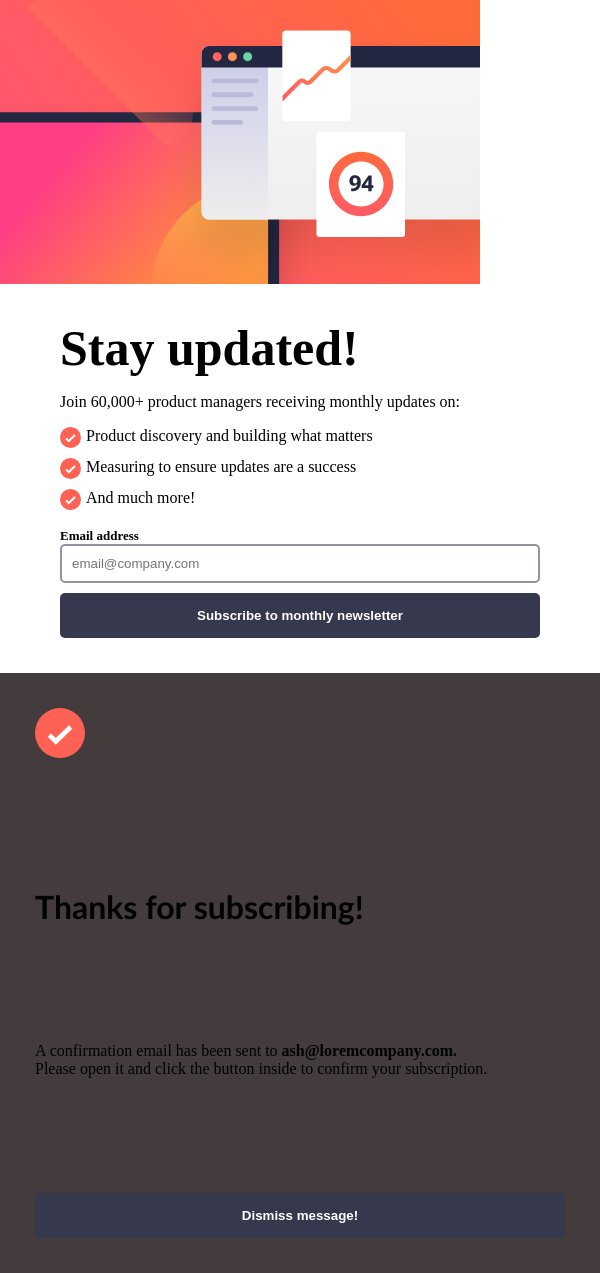
Repository: Celebration-cloud/Newsletter
Page: index.html
An editor plug-in stored every save of this project. The page is shown before and after a run of saves, followed by the edit.
The browser window is 600 px wide. The pictures show the whole page.

Above is the page before, as saved 2023-07-19 23:52:37.

### index.html
<!DOCTYPE html>
<html lang="en">
<head>
  <meta charset="UTF-8">
  <meta name="viewport" content="width=device-width, initial-scale=1.0"> <!-- displays site properly based on user's device -->

  <link rel="icon" type="image/png" sizes="32x32" href="./assets/images/favicon-32x32.png">
  <link rel="stylesheet" href="index.css">

  <title>Frontend Mentor | Newsletter sign-up form with success message</title>

  <!-- Feel free to remove these styles or customise in your own stylesheet 👍 -->
  <style>
    .attribution { font-size: 11px; text-align: center; }
    .attribution a { color: hsl(228, 45%, 44%); }
  </style>
</head>
<body>

  <!-- Sign-up form start -->
  <div id="container">
    <div id="home-page">
      <h2 id="news">Stay updated!</h2>
      <p id="content">Join 60,000+ product managers receiving monthly updates on:</p>
      <ul id="features">
        <li>
          <img id="list-icon" src="./assets/images/icon-list.svg" alt="" srcset="">
          <p>Product discovery and building what matters</p>
        </li>
        <li>
          <img id="list-icon" src="./assets/images/icon-list.svg" alt="" srcset="">
          <p>Measuring to ensure updates are a success</p>
        </li>
        <li>
          <img id="list-icon" src="./assets/images/icon-list.svg" alt="" srcset="">
          <p>And much more!</p>
        </li>
      </ul>
      <form action="email">
        <label for="email">Email address</label><br>
        <input type="email" name="email" required placeholder="email@company.com" id="email"><br>
        <button id="subscribe-btn" type="submit">Subscribe to monthly newsletter</button>
      </form>
    </div>
    <div id="sign-up"></div>
  </div>
  <script type="module" src="index.js"></script>


  <!-- Sign-up form end -->

  <!-- Success message start -->
  <div id="success">
    <img id="signed-icon" src="./assets/images/icon-list.svg" alt="" srcset="">
    <h2>Thanks for subscribing!</h2>
    <p>A confirmation email has been sent to <b>ash@loremcompany.com.</b> <br>
    Please open it and click the button inside to confirm your subscription.</p>
    <button type="reset" id="dismiss">Dismiss message!</button>
  </div>

<!--
  <div class="attribution">
    Challenge by <a href="https://www.frontendmentor.io?ref=challenge" target="_blank">Frontend Mentor</a>.
    Coded by <a href="#">Your Name Here</a>.
  </div> -->
</body>
</html>

### index.css
html, body{
    padding: 0;
    margin: 20px;
    box-sizing: border-box;
    background-color: hsl(234, 29%, 20%);
    -webkit-user-select: none;
    user-select: none;
    display: flex;
    justify-content: center;

}

#container{
    background-color: white;
    display: flex;
    flex-wrap: wrap;
    justify-content: space-between;
    padding: 15px;
    column-gap: 10px;
    margin: 0;
    border-radius: 15px;
}

#sign-up{
    background-image: url(./assets/images/illustration-sign-up-desktop.svg);
    background-repeat: no-repeat;
    background-size: cover;
    width: 305px;
    height: 450px;
}

#home-page{
    width: 50%;
    margin: auto;
}

ul{
    list-style-type: none;
    padding: 0;
    display: flex;
    flex-direction: column;
    gap: 10px;
}

li{
    display: flex;
    margin: 0;
    padding: 0;
}

li p {
    margin: 0;
    padding-left: 5px;
    align-self: flex-start;
}

#list-icon{
    padding: 0;
    margin: 0;
    align-self: flex-start;
}

#news{
    font-size: 312.5%;
    padding: 0;
    margin: 0;
}



label{
    font-size: 13px;
    font-weight: bolder;
}

input{
    width: 100%;
    padding: 10px;
    box-sizing: border-box;
    border-radius: 5px;
    margin-bottom: 10px;
    border: 2px solid hsl(231, 7%, 60%);
}

button{
    width: 100%;
    padding: 15px;
    box-sizing: border-box;
    border-radius: 5px;
    border: none;
    color: white;
    font-weight: bolder;
    background-color: hsl(235, 18%, 26%);
}

#success{
    background-color: rgb(68, 60, 60);
}

@media (max-width: 741px) {
    html, body{
        padding: 0;
        margin: 0;
        display: inline;
    }
    #container{
        background-color: white;
        display: flex;
        flex-wrap: wrap;
        flex-direction: column-reverse;
        margin: 0;
        padding: 0;
        border-radius: none;
        border-radius: 0;
    }
    #home-page{
        margin: auto;
        width: 80%;
        padding: 35px;
    }
    #sign-up{
        background-image: url(./assets/images/illustration-sign-up-mobile.svg);
        background-repeat: no-repeat;
        background-size: cover;
        width: 80%;
        height: 284px;
    }
    #success{
        margin: auto;
        width: 100%;
        padding: 35px;
        height: 600px;
        box-sizing: border-box;
        display: flex;
        flex-direction: column;
        justify-content: space-between;
    }
    #success img{
        width: 50px;
        margin-bottom: 30px;
    }
    #success h2{
        font-weight: bolder;
        margin: 0;
        font-size: xx-large;
        font-family: 'Gill Sans', 'Gill Sans MT', Calibri, 'Trebuchet MS', sans-serif;
    }
    #success p{
        font-weight: light;
    }


}

### index.js
// import { initializeApp } from "https://www.gstatic.com/firebasejs/9.15.0/firebase-app.js"
// import { getDatabase, ref, push, onValue } from "https://www.gstatic.com/firebasejs/9.15.0/firebase-database.js"

// let appSettings = {
//     "databaseUrl": " https://playground-51efb-default-rtdb.europe-west1.firebasedatabase.app/ "
// }

// const app = initializeApp(appSettings)
// const database = getDatabase(app)
// const newsLetterDb = ref(database, "newsLetterDb")

const emailEL = document.getElementById("email")
const inputEL = document.getElementById("subscribe-btn")
const container = document.getElementById("container")
const dismiss = document.getElementById("dismiss")

function successful() {
    let successful = `
        <div id="success">
            <img id="signed-icon" src="./assets/images/icon-list.svg" alt="" srcset="">
            <h2>Thanks for subscribing!</h2>
            <p>A confirmation email has been sent to ash@loremcompany.com. <br>
            Please open it and click the button inside to confirm your subscription.</p>
            <button type="reset" id="dismiss">Dismiss message!</button>
        </div>
    `
    container.innerHTML = successful
    // dismiss()
}

inputEL.addEventListener("click", function() {
    // let inputValue = emailEL.value
    // inputEL = inputValue
    // push( newsLetterDb, inputEL)
    successful()
})

// function dismiss() {
//      let content = `

//      `

// }
// dismiss.addEventListener("click", function() {
//     dismiss()
// })

After the next 3 saves:
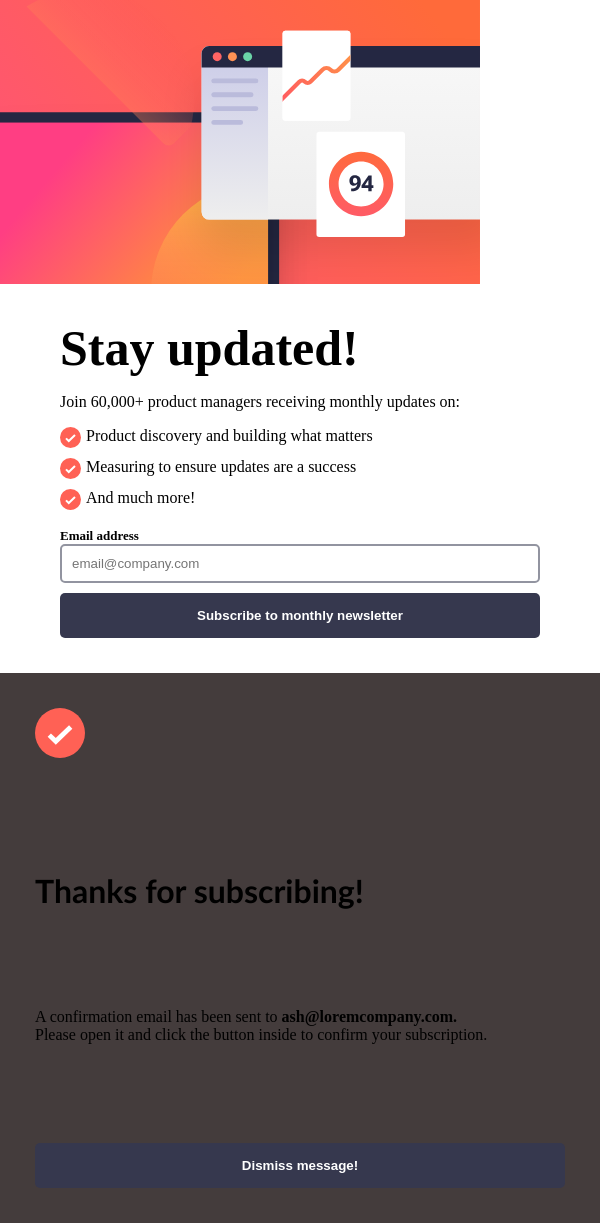
The 3 saves are shown as one change because they came seconds apart.
The last was saved 9 s later.
--- a/index.css
+++ b/index.css
@@ -129,7 +129,7 @@ button{
         margin: auto;
         width: 100%;
         padding: 35px;
-        height: 600px;
+        height: 550px;
         box-sizing: border-box;
         display: flex;
         flex-direction: column;
